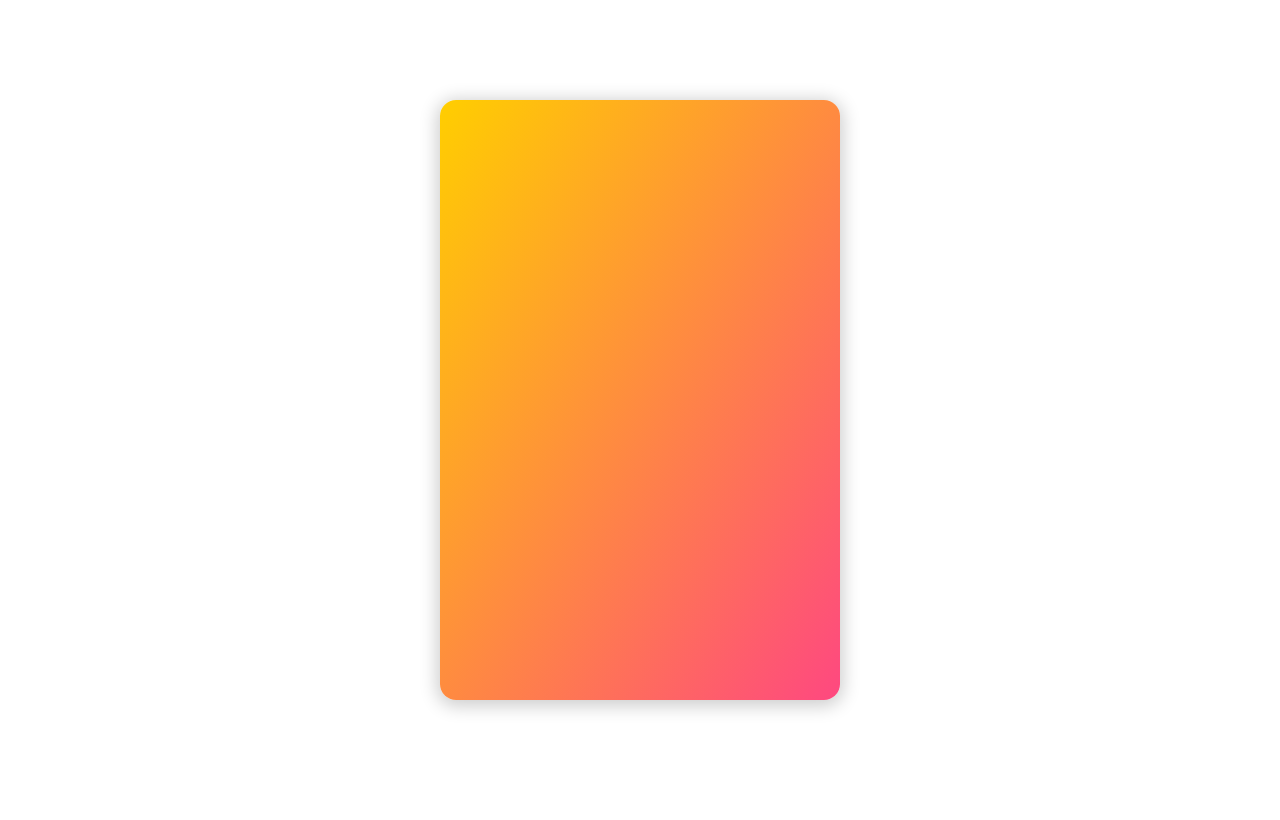
Repository: maixuanhieu/giftcard
Page: index.html
These files come from the project's save history. The page is drawn as it stood at one moment and after the next save; the edit follows.
The browser window is 1280 px wide. The pictures show the whole page.
The style sheet was rebuilt from its Sass, Less or Tailwind sources for each picture, by a compiler version that may differ from the author's.

Above is the page before, as saved 2021-11-17 19:29:17.

After the next save:
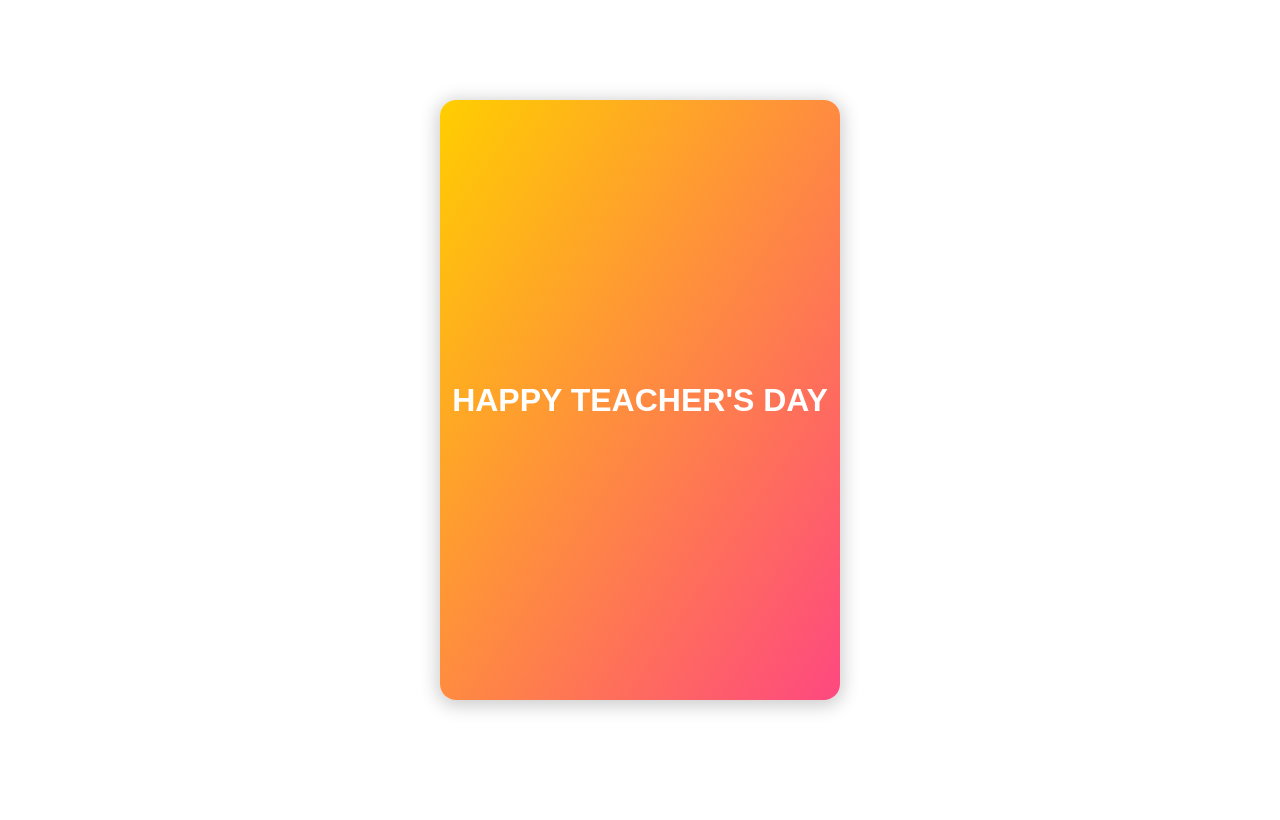
Saved 12 s later.
--- a/index.html
+++ b/index.html
@@ -13,7 +13,7 @@
    <div class="card">
        <div class="card__inner">
            <div class="card__face card__face--front">
-            <h2></h2>
+            <h2>HAPPY TEACHER'S DAY</h2>
            </div>
            <div class="card__face card__face--back">
             <div class="card__content">
